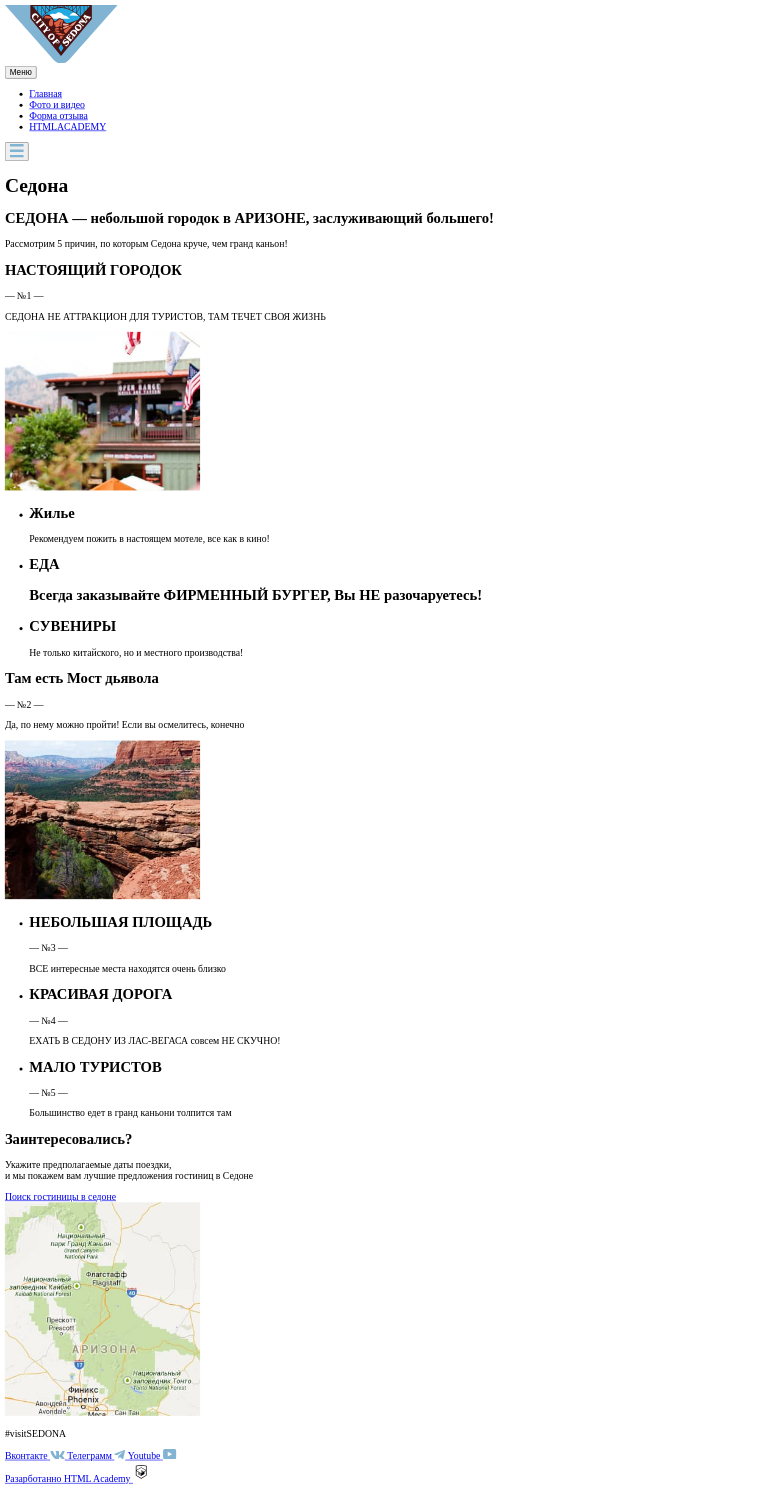
Repository: iKrekus/2149661-sedona-27
Page: source/index.html
The author's editor kept a copy of each file at every save. The page is drawn from the files as they stood at one save, then again after the next save.
The browser window is 1280 px wide. The pictures show the whole page, at 61% of full size.

Above is the page before, as saved 2022-11-28 19:38:53.

After the next save:
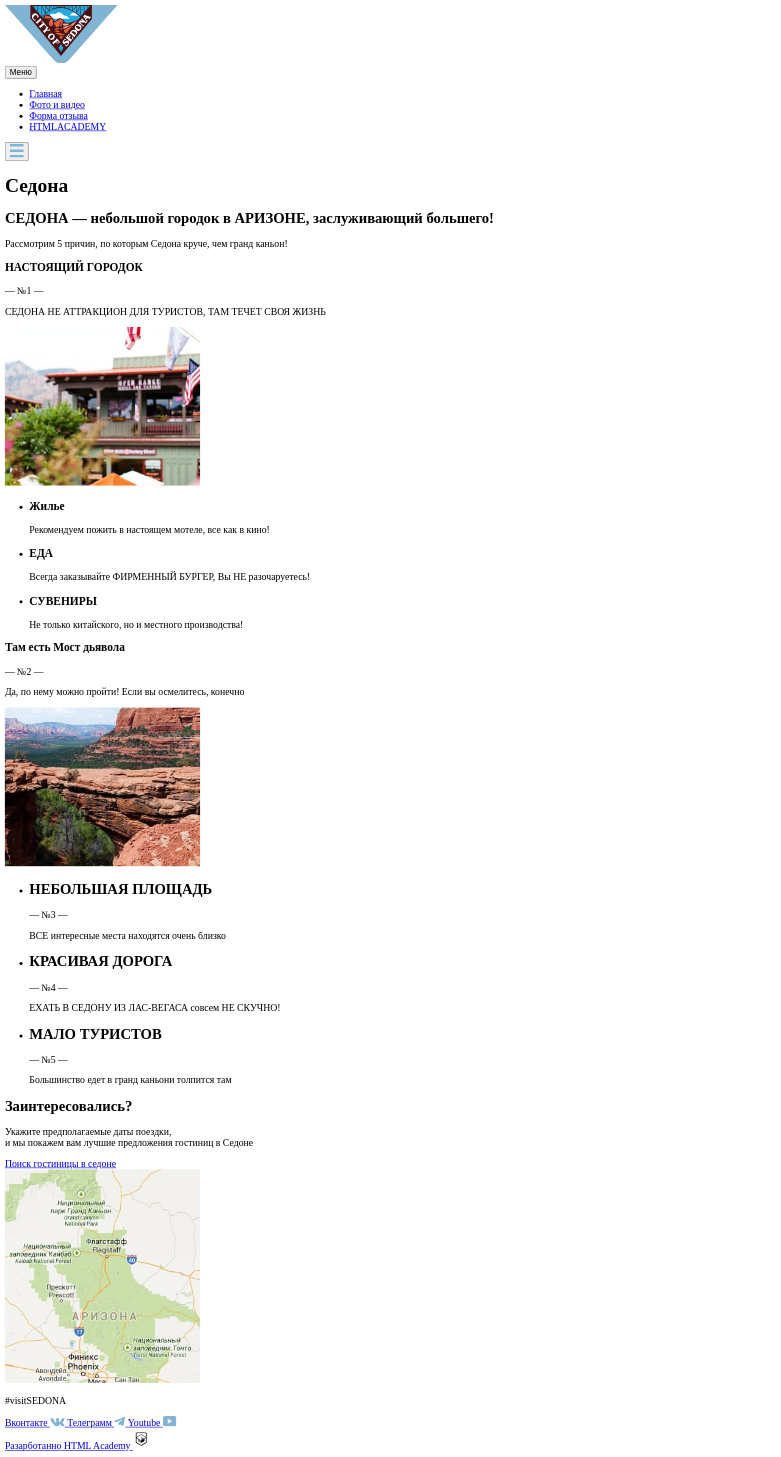
Saved 2 min 55 s later.
--- a/source/index.html
+++ b/source/index.html
@@ -57,9 +57,9 @@
     <div class="features-wrapper">
       <section class="features-container">
         <div class="features-container-wrapper">
-          <h2 class="features-container__features-title">
+          <h3 class="features-container__features-title">
             НАСТОЯЩИЙ ГОРОДОК
-          </h2>
+          </h3>
           <p class="features-container__features-divider">
             <!--Далее будет сделан через псевдоэлемент Или потом будет выводится, как номер пункта в списке, если переделать features в список-->
             — №1 —
@@ -75,25 +75,25 @@
       <section class="advantages-container">
         <ul class="advantages-container__list--no-number">
           <li class="advantages-container__item">
-            <h2 class="advantages-container__title">
+            <h3 class="advantages-container__title">
               Жилье
-            </h2>
+            </h3>
             <p class="advantages-container__description">
               Рекомендуем пожить в настоящем мотеле, все как в кино!
             </p>
           </li>
           <li class="advantages-container__item">
-            <h2 class="advantages-container__title">
+            <h3 class="advantages-container__title">
               ЕДА
-            </з>
+            </h3>
             <p class="advantages-container__description">
               Всегда заказывайте ФИРМЕННЫЙ БУРГЕР, Вы НЕ разочаруетесь!
             </p>
           </li>
           <li class="advantages-container__item">
-            <h2 class="advantages-container__title">
+            <h3 class="advantages-container__title">
               СУВЕНИРЫ
-            </h2>
+            </h3>
             <p class="advantages-container__description">
               Не только китайского, но и местного производства!
             </p>
@@ -104,9 +104,9 @@
     <div class="features-wrapper">
       <section class="features-container">
         <div class="features-container-wrapper">
-          <h2 class="features-container__features-title">
+          <h3 class="features-container__features-title">
             Там есть Мост дьявола
-          </h2>
+          </h3>
           <p class="features-container__features-divider">
             <!--Далее будет сделан через псевдоэлемент Или потом будет выводится, как номер пункта в списке, если переделать features в список-->
             — №2 —
